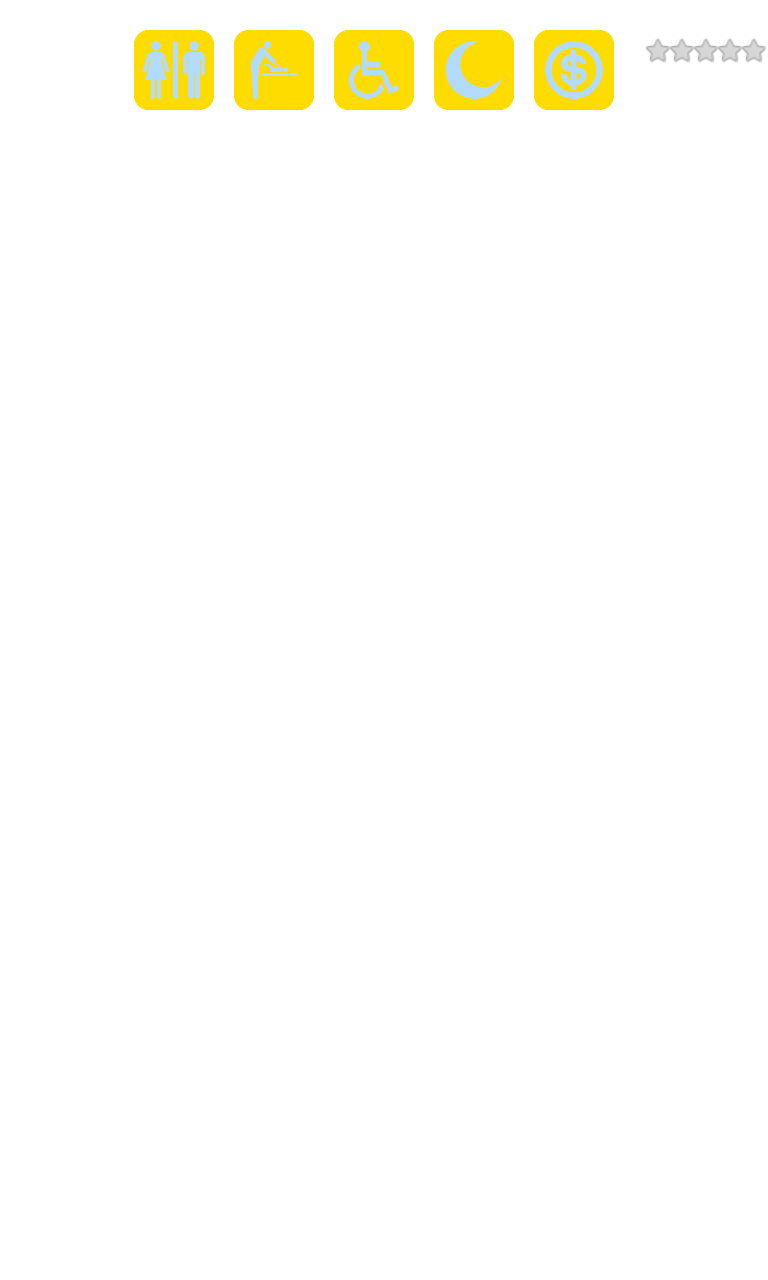
Repository: asocha/toilettalk
Layout: Android/workspace/ToiletTalk/res/layout/google_maps_marker.xml
The author's editor kept a copy of each file at every save. The layout is drawn from the files as they stood at one save, then again after the next save.
It is drawn on a 768 x 1280 px phone screen (xhdpi) without system bars, with theme AppTheme; the app's code is not run.

Above is the layout before, as saved 2013-04-28 20:50:12.

### Android/workspace/ToiletTalk/res/layout/google_maps_marker.xml
<?xml version="1.0" encoding="utf-8"?>
<RelativeLayout xmlns:android="http://schemas.android.com/apk/res/android"
	android:layout_width="wrap_content"
	android:layout_height="wrap_content"
	android:orientation="horizontal">

	<ImageView
		android:id="@+id/marker_image"
		android:layout_width="40dp"
		android:layout_height="40dp"
		android:contentDescription="@string/restroom_image"/>

	<LinearLayout
	    android:id="@+id/marker_content"
		android:layout_width="wrap_content"
		android:layout_height="wrap_content"
		android:layout_toRightOf="@id/marker_image"
		android:paddingLeft="6dp"
		android:orientation="vertical">

		<TextView
			android:id="@+id/marker_title"
			android:layout_width="wrap_content"
			android:layout_height="wrap_content"
			android:textAppearance="?android:attr/textAppearanceSmall"/>

		<RatingBar
		    android:id="@+id/marking_rating"
		    android:layout_width="wrap_content"
		    android:layout_height="wrap_content"
		    style="?android:attr/ratingBarStyleSmall" />
	</LinearLayout>

	<LinearLayout
        android:id="@+id/marker_image"
        android:layout_width="wrap_content"
        android:layout_marginTop="15dp"
        android:layout_height="40dp"
        android:layout_below="@+id/compose_ratingbar"
        android:layout_centerHorizontal="true" >

        <ToggleButton
            android:id="@+id/button_unisex"
            android:layout_marginRight="10dp"
            android:layout_width="40dp"
            android:layout_height="fill_parent"
            android:background="@drawable/button_unisex"
            android:textOn=""
            android:textOff="" />

        <ToggleButton
            android:id="@+id/button_babystation"
            android:layout_marginRight="10dp"
            android:layout_width="40dp"
            android:layout_height="fill_parent"
            android:background="@drawable/button_baby_station"
            android:textOn=""
            android:textOff="" />

        <ToggleButton
            android:id="@+id/button_handicap"
            android:layout_marginRight="10dp"
            android:layout_width="40dp"
            android:layout_height="fill_parent"
            android:background="@drawable/button_handicap"
            android:textOn=""
            android:textOff="" />

        <ToggleButton
            android:id="@+id/button_24hours"
            android:layout_marginRight="10dp"
            android:layout_width="40dp"
            android:layout_height="fill_parent"
            android:background="@drawable/button_24hours"
            android:textOn=""
            android:textOff="" />

        <ToggleButton
            android:id="@+id/button_money"
            android:layout_marginRight="10dp"
            android:layout_width="40dp"
            android:layout_height="fill_parent"
            android:background="@drawable/button_money"
            android:textOn=""
            android:textOff="" />
    </LinearLayout>

	<TextView
		android:id="@+id/view_icons"
		android:layout_width="wrap_content"
		android:layout_height="wrap_content"
		android:layout_below="@id/marker_image"
		android:textAppearance="?android:attr/textAppearanceSmall"/>



</RelativeLayout>

### Android/workspace/ToiletTalk/res/values/styles.xml
<resources xmlns:android="http://schemas.android.com/apk/res/android">

    <!--
        Base application theme, dependent on API level. This theme is replaced
        by AppBaseTheme from res/values-vXX/styles.xml on newer devices.
    -->
    <style name="AppBaseTheme" parent="android:Theme.Light">
        <!--
            Theme customizations available in newer API levels can go in
            res/values-vXX/styles.xml, while customizations related to
            backward-compatibility can go here.
        -->
    </style>

    <!-- Application theme. -->
    <style name="AppTheme" parent="android:Theme.Light.NoTitleBar">
        <!-- All customizations that are NOT specific to a particular API-level can go here. -->
    </style>

   	<style name="Theme.Main" parent="android:Theme.Holo.Light">
   	    <item name="android:windowContentOverlay">@null</item>
	</style>

   	<style name="EditText.InputStyle" parent="android:Widget.EditText">
   	   	<item name="android:ems">10</item>
   	   	<item name="android:layout_marginBottom">@dimen/margin_textinputs</item>
   	   	<item name="android:layout_marginTop">@dimen/margin_textinputs</item>
   	</style>

   	<style name="customRatingBar" parent="@android:style/Widget.RatingBar">
        <item name="android:progressDrawable">@drawable/custom_rating_bar_full</item>
        <item name="android:minHeight">1dp</item>
        <item name="android:maxHeight">1dp</item>
    </style>

</resources>

### Android/workspace/ToiletTalk/res/values/strings.xml
<?xml version="1.0" encoding="utf-8"?>
<resources>

    <string name="app_name">ToiletTalk</string>
    <string name="action_settings">Settings</string>
    <string name="hello_world">Hello world!</string>
    <string name="register">Register</string>
    <string name="login">Login</string>
    <string name="continue_guest">Continue as guest</string>
	<string name="uname_hint">Username</string>
	<string name="pass_hint">Password</string>
	<string name="email">Email Address</string>
	<string name="gender">Gender</string>
	<string name="reg_submit">Sign me up!</string>
	<string name="logo_description">Toilet Talk</string>
	<string name="error_login">Invalid username/password combination</string>
	<string name="error_reg">Registration Failed. Please check imput.</string>
	<string name="error_generic">Submittion failed due to network error.</string>
	<string name="error_continue">Return</string>
	<string name="first_name">First Name</string>
	<string name="last_name">Last Name</string>
	<string name="button_reset_map">Reset Map</string>
	<string name="button_text_compose_review">Compose</string>
	<string name="button_menu">Menu</string>
	<string name="button_review">Submit</string>
	<string name="location_name">Location Name</string>
	<string name="restroom_image">Restroom Image</string>
	<string name="image_instructions">Tap on the above thumbnail to attach a new image</string>
	<string name="expand">Expand</string>
</resources>

### Android/workspace/ToiletTalk/res/drawable/button_unisex.xml
<?xml version="1.0" encoding="utf-8"?>
<selector xmlns:android="http://schemas.android.com/apk/res/android">
    <item android:drawable="@drawable/icon_unisex_selected" android:state_checked="true" android:state_pressed="true"/>
    <item android:drawable="@drawable/icon_unisex_selected" android:state_pressed="true"/>
    <item android:drawable="@drawable/icon_unisex_selected" android:state_checked="true" />
    <item android:drawable="@drawable/icon_unisex_unselected"/>
</selector>

### Android/workspace/ToiletTalk/res/drawable/button_baby_station.xml
<?xml version="1.0" encoding="utf-8"?>
<selector xmlns:android="http://schemas.android.com/apk/res/android">
    <item android:drawable="@drawable/icon_baby_station_selected" android:state_checked="true" android:state_pressed="true"/>
    <item android:drawable="@drawable/icon_baby_station_selected" android:state_pressed="true"/>
    <item android:drawable="@drawable/icon_baby_station_selected" android:state_checked="true" />
    <item android:drawable="@drawable/icon_baby_station_unselected"/>
</selector>

### Android/workspace/ToiletTalk/res/drawable/button_handicap.xml
<?xml version="1.0" encoding="utf-8"?>
<selector xmlns:android="http://schemas.android.com/apk/res/android">
    <item android:drawable="@drawable/icon_handicap_selected" android:state_checked="true" android:state_pressed="true"/>
    <item android:drawable="@drawable/icon_handicap_selected" android:state_pressed="true"/>
    <item android:drawable="@drawable/icon_handicap_selected" android:state_checked="true" />
    <item android:drawable="@drawable/icon_handicap_unselected"/>
</selector>

### Android/workspace/ToiletTalk/res/drawable/button_24hours.xml
<?xml version="1.0" encoding="utf-8"?>
<selector xmlns:android="http://schemas.android.com/apk/res/android">
    <item android:drawable="@drawable/icon_24hours_selected" android:state_checked="true" android:state_pressed="true"/>
    <item android:drawable="@drawable/icon_24hours_selected" android:state_pressed="true"/>
    <item android:drawable="@drawable/icon_24hours_selected" android:state_checked="true" />
    <item android:drawable="@drawable/icon_24hours_unselected"/>
</selector>

### Android/workspace/ToiletTalk/res/drawable/button_money.xml
<?xml version="1.0" encoding="utf-8"?>
<selector xmlns:android="http://schemas.android.com/apk/res/android">
    <item android:drawable="@drawable/icon_money_selected" android:state_checked="true" android:state_pressed="true"/>
    <item android:drawable="@drawable/icon_money_selected" android:state_pressed="true"/>
    <item android:drawable="@drawable/icon_money_selected" android:state_checked="true" />
    <item android:drawable="@drawable/icon_money_unselected"/>
</selector>

After the next save:
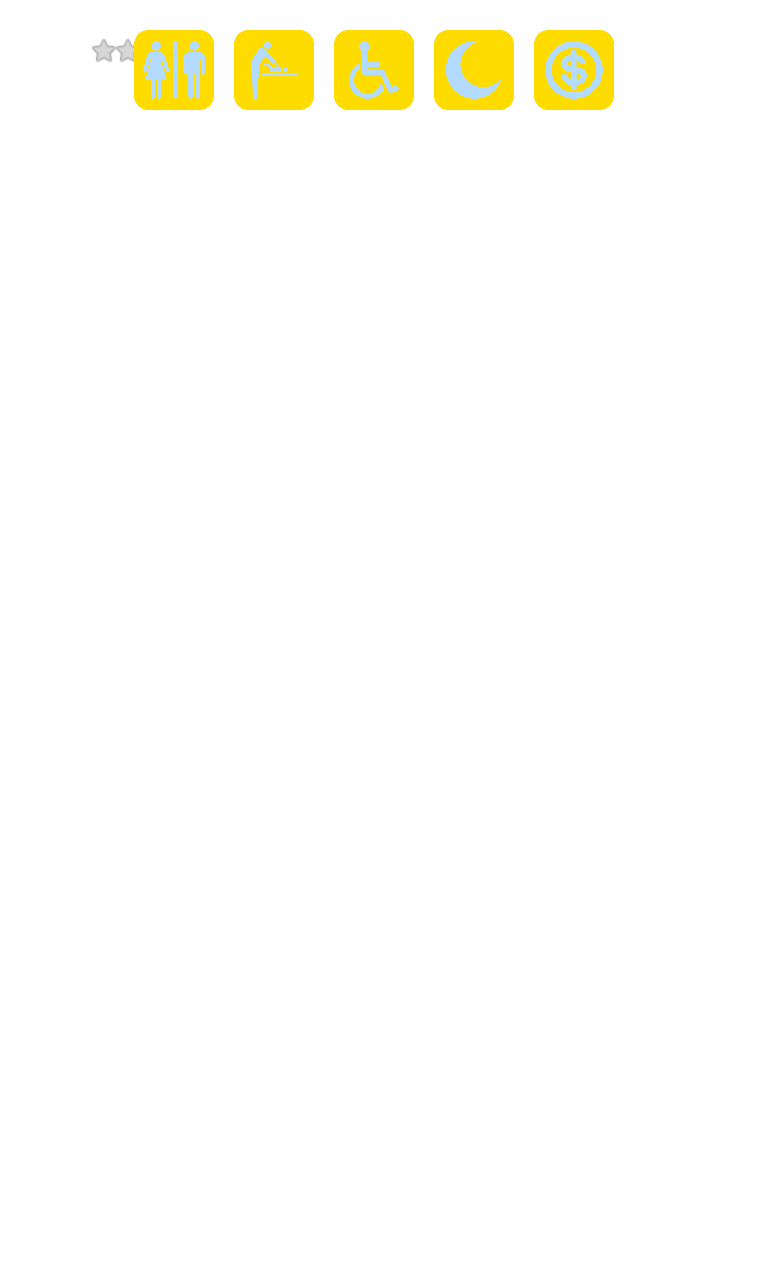
Saved 25 min 6 s later.
--- a/Android/workspace/ToiletTalk/res/layout/google_maps_marker.xml
+++ b/Android/workspace/ToiletTalk/res/layout/google_maps_marker.xml
@@ -32,7 +32,7 @@
 	</LinearLayout>
 
 	<LinearLayout
-        android:id="@+id/marker_image"
+        android:id="@+id/layout_button"
         android:layout_width="wrap_content"
         android:layout_marginTop="15dp"
         android:layout_height="40dp"
